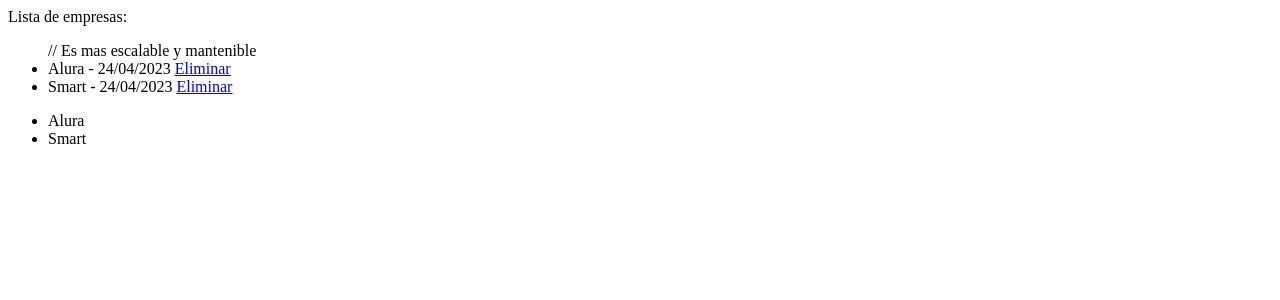
Repository: vtorres65/Crud_Servlet
Page: http://localhost/gerenciador/listaEmpresas
The author's editor kept a copy of each file at every save. The page is drawn from the files as they stood at one save, then again after the next save.
The browser window is 1280 px wide. The pictures show the whole page.
The page is served by Tomcat 10. Other server files are loaded and not shown.

Above is the page before, as saved 2023-05-05 16:38:57.

### gerenciador/src/main/webapp/listaEmpresas.jsp
<%@page import="com.alura.gerenciador.servlet.Empresa"%>
<%@page import="java.util.List"%>
<%@ page language="java" contentType="text/html; charset=ISO-8859-1"
    pageEncoding="ISO-8859-1"%>
<%@ taglib uri="http://java.sun.com/jsp/jstl/core" prefix="c"%>
<%@ taglib uri="http://java.sun.com/jsp/jstl/fmt" prefix="fmt"%>
<!DOCTYPE html>
<html>
<head>
<meta charset="ISO-8859-1">
<title>Java Standard Taglib</title>
</head>
<body>
	Lista de empresas: <br />

	<ul>
		// Es mas escalable y mantenible
		<c:forEach items="${empresas}" var="empresa">
			<li>

				${ empresa.nombre } - <fmt:formatDate value="${ empresa.fechaApertura }" pattern="dd/MM/yyyy"/>
				<a href="/gerenciador/eliminarEmpresa?id=${empresa.id} }">Eliminar</a>
			</li>
		</c:forEach>

	</ul>

	<ul>
		<% // No es escalable
			List<Empresa> lista = (List<Empresa>)request.getAttribute("empresas"); //${empresas}
			for (Empresa empresa : lista) {
		%>
			<li><%= empresa.getNombre()%></li>
		<%
			}
		%>

	</ul>

</body>
</html>

### gerenciador/src/main/java/com/alura/gerenciador/servlet/ListaEmpresasServlet.java
package com.alura.gerenciador.servlet;

import jakarta.servlet.RequestDispatcher;
import jakarta.servlet.ServletException;
import jakarta.servlet.annotation.WebServlet;
import jakarta.servlet.http.HttpServlet;
import jakarta.servlet.http.HttpServletRequest;
import jakarta.servlet.http.HttpServletResponse;
import java.io.IOException;
import java.io.PrintWriter;
import java.util.List;

public class ListaEmpresasServlet extends HttpServlet {
	private static final long serialVersionUID = 1L;

	protected void doGet(HttpServletRequest request, HttpServletResponse response) throws ServletException, IOException {

		Db baseDeDatos = new Db();
		List<Empresa> listaEmpresas = baseDeDatos.getEmpresas();

		request.setAttribute("empresas", listaEmpresas);

		RequestDispatcher rd = request.getRequestDispatcher("/listaEmpresas.jsp");
		rd.forward(request, response);
	}

}

### gerenciador/src/main/java/com/alura/gerenciador/servlet/Db.java
package com.alura.gerenciador.servlet;

import java.util.ArrayList;
import java.util.Iterator;
import java.util.List;

public class Db {

	private static List<Empresa> listaEmpresas = new ArrayList<>();
	private static Integer llaveSecuencial = 1;

	static {
		Empresa empresa = new Empresa();
		empresa.setId(Db.llaveSecuencial++);
		empresa.setNombre("Alura");
		Empresa empresa2 = new Empresa();
		empresa2.setId(Db.llaveSecuencial++);
		empresa2.setNombre("Smart");

		listaEmpresas.add(empresa);
		listaEmpresas.add(empresa2);
	}

	public void agregarEmpresa(Empresa empresa) {
		empresa.setId(Db.llaveSecuencial++);
		Db.listaEmpresas.add(empresa);
	}

	public List<Empresa> getEmpresas(){
		return Db.listaEmpresas;
	}

	public void eliminarEmpresa(Integer id) {

		Iterator<Empresa> it = listaEmpresas.iterator();
		while(it.hasNext()) {
			Empresa emp = it.next();
			if(emp.getId() == id) {
				it.remove();
			}
		}
	}
}

### gerenciador/src/main/java/com/alura/gerenciador/servlet/Empresa.java
package com.alura.gerenciador.servlet;

import java.util.Date;

public class Empresa {

	private Integer id;
	private String nombre;
	private Date fechaApertura = new Date();

	public Integer getId() {
		return id;
	}
	public void setId(Integer id) {
		this.id = id;
	}
	public String getNombre() {
		return nombre;
	}
	public void setNombre(String nombre) {
		this.nombre = nombre;
	}
	public Date getFechaApertura() {
		return fechaApertura;
	}
	public void setFechaApertura(Date fechaApertura) {
		this.fechaApertura = fechaApertura;
	}


}

After the next save:
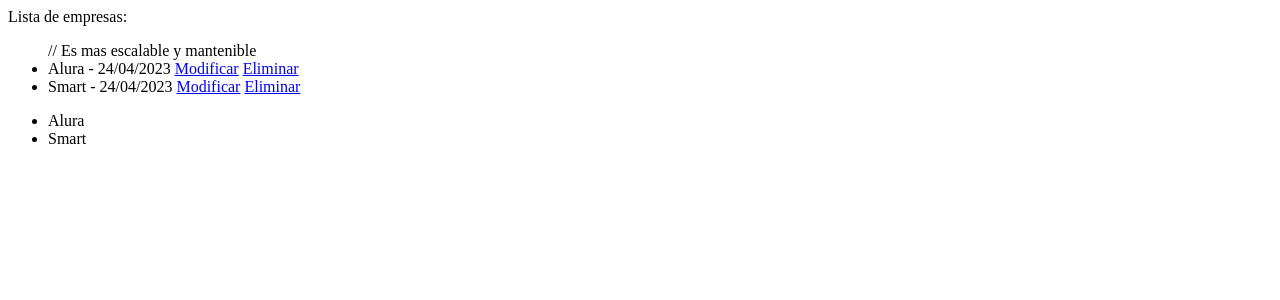
Saved 42 s later.
--- a/gerenciador/src/main/webapp/listaEmpresas.jsp
+++ b/gerenciador/src/main/webapp/listaEmpresas.jsp
@@ -19,6 +19,7 @@
 			<li>
 
 				${ empresa.nombre } - <fmt:formatDate value="${ empresa.fechaApertura }" pattern="dd/MM/yyyy"/>
+				<a href="/gerenciador/mostrarEmpresa?id=${empresa.id} }">Modificar</a>
 				<a href="/gerenciador/eliminarEmpresa?id=${empresa.id} }">Eliminar</a>
 			</li>
 		</c:forEach>
